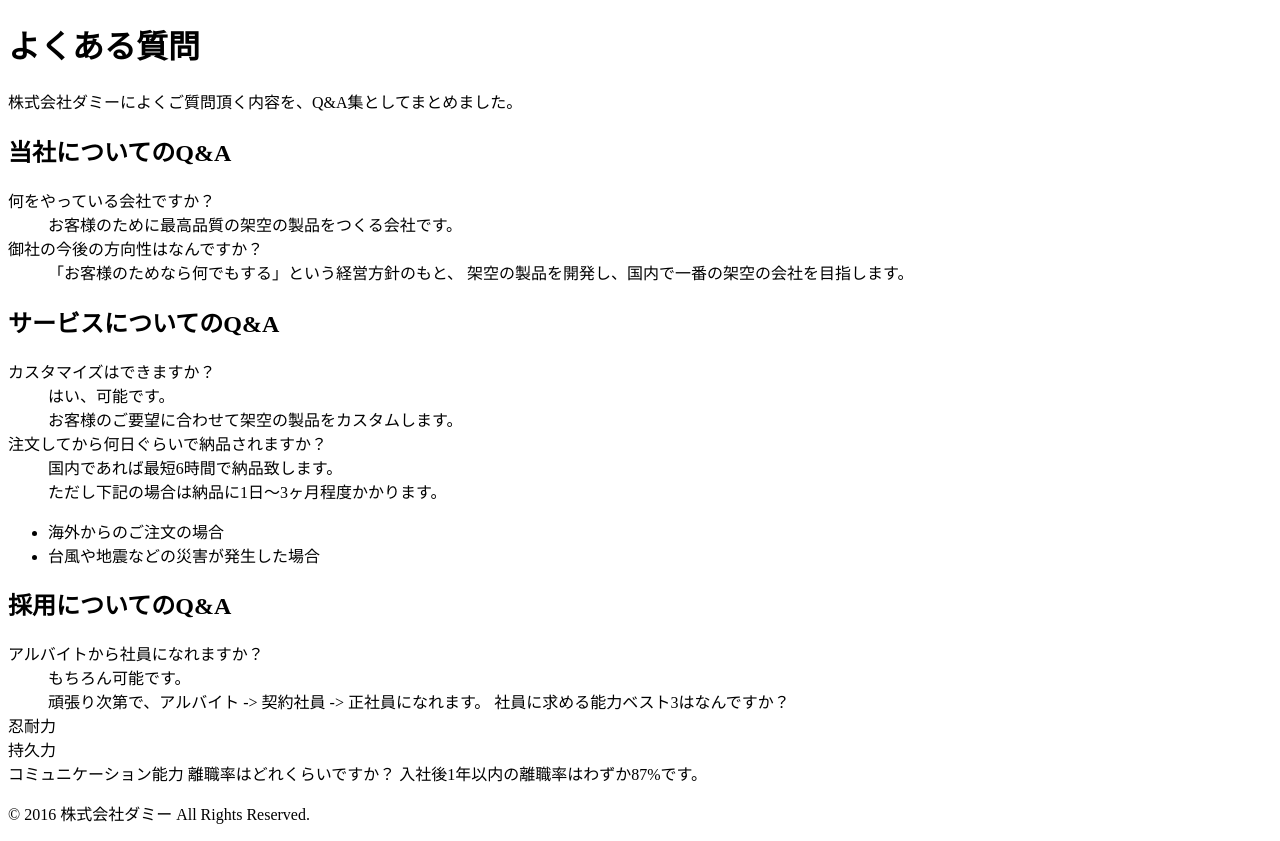
Repository: winc1980/practice-hp2022-wednesday
Page: ruka/practice1.html
An editor plug-in stored every save of this project. The page is shown before and after a run of saves, followed by the edit.
The browser window is 1280 px wide. The pictures show the whole page.

Above is the page before, as saved 2022-05-26 00:33:20.

### ruka/practice1.html
<!DOCTYPE html>
<html lang="ja">
<head>
    <meta charset="UTF-8">
    <meta http-equiv="X-UA-Compatible" content="IE=edge">
    <meta name="viewport" content="width=device-width, initial-scale=1.0">
    <title>よくある質問 | 架空の株式会社ダミー</title>
</head>
<body>
    <h1>よくある質問</h1>

<p>
株式会社ダミーによくご質問頂く内容を、Q&A集としてまとめました。
</p>

<h2>当社についてのQ&A</h2>


何をやっている会社ですか？
<dd>
お客様のために最高品質の架空の製品をつくる会社です。
</dd>

御社の今後の方向性はなんですか？
<dd>
「<span>お客様のためなら何でもする</span>」という経営方針のもと、
架空の製品を開発し、<span font-weight="400">国内で一番の架空の会社を目指します。</span>
</dd>


<h2>サービスについてのQ&A</h2>

カスタマイズはできますか？
<dd>
はい、可能です。<br>
お客様のご要望に合わせて架空の製品をカスタムします。
</dd>

注文してから何日ぐらいで納品されますか？
<dd>
国内であれば最短6時間で納品致します。<br>
ただし下記の場合は納品に1日〜3ヶ月程度かかります。
</dd>
<ul>
<li>
海外からのご注文の場合
</li>
<li>
台風や地震などの災害が発生した場合
</li>
</ul>
<h2>採用についてのQ&A</h2>

アルバイトから社員になれますか？
<dd>
もちろん可能です。<br>
頑張り次第で、アルバイト -> 契約社員 -> 正社員になれます。

社員に求める能力ベスト3はなんですか？
<dd>
<dt>忍耐力</dt>
<dt>持久力</dt>
<l>コミュニケーション能力</l>
</dd>



離職率はどれくらいですか？
入社後1年以内の離職率は<span >わずか</span>87%です。
<p>
© 2016 株式会社ダミー All Rights Reserved.
</p>
</body>
</html>

After the next 2 saves:
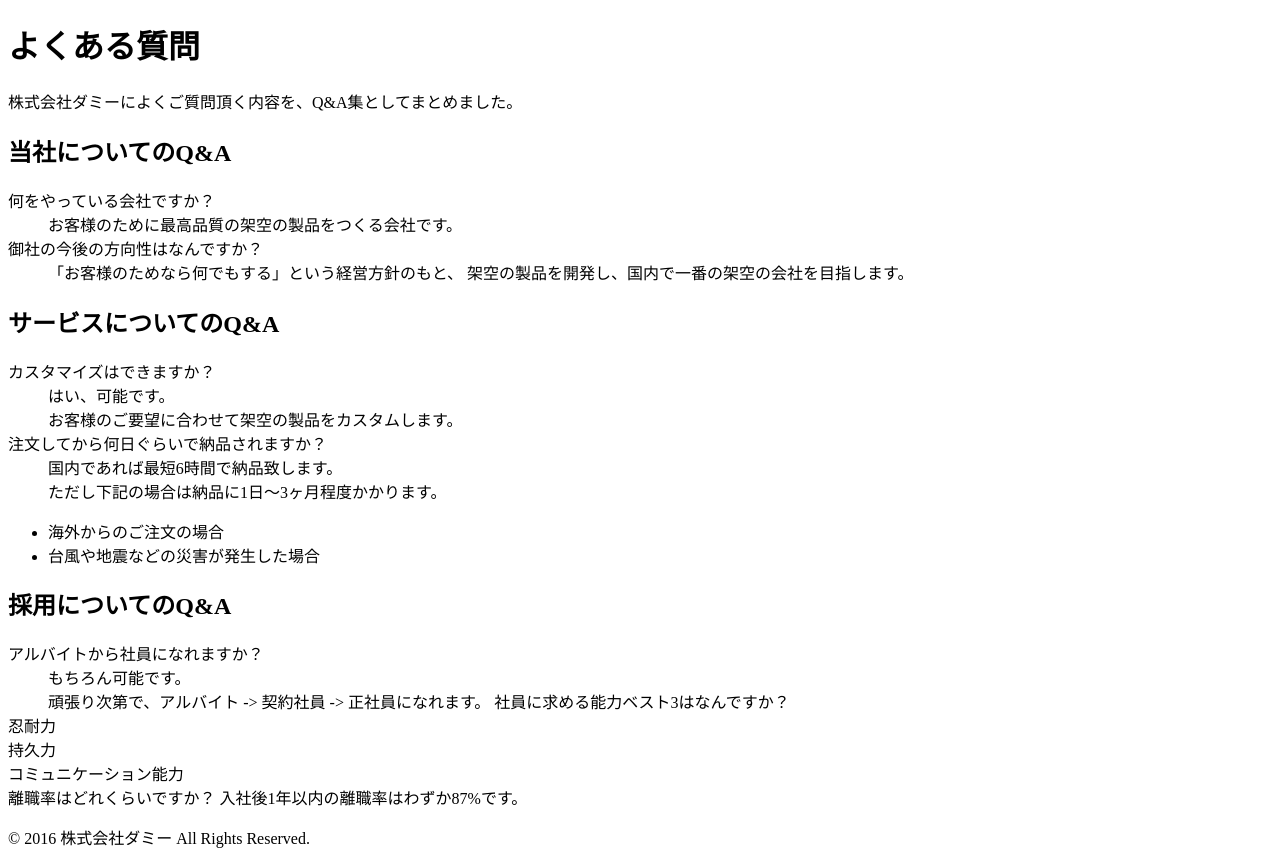
The 2 saves are shown as one change because they came seconds apart.
The last was saved 10 s later.
--- a/ruka/practice1.html
+++ b/ruka/practice1.html
@@ -60,7 +60,7 @@
 <dd>
 <dt>忍耐力</dt>
 <dt>持久力</dt>
-<l>コミュニケーション能力</l>
+<dt>コミュニケーション能力</dt>
 </dd>
 
 
